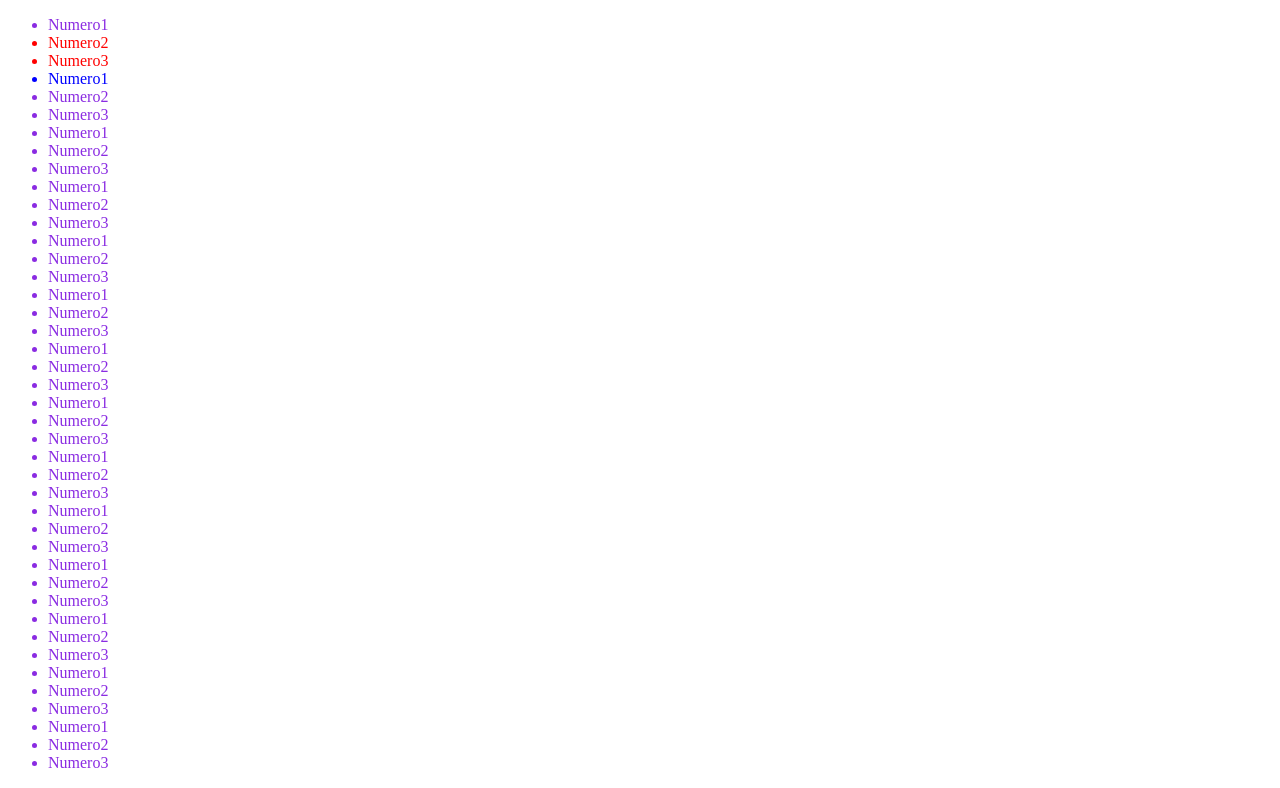
Repository: elbrodelche/ada-portfolio
Page: img/index.html
The author's editor kept a copy of each file at every save. The page is drawn from the files as they stood at one save, then again after the next save.
The browser window is 1280 px wide. The pictures show the whole page.

Above is the page before, as saved 2021-01-23 19:02:31.

After the next save:
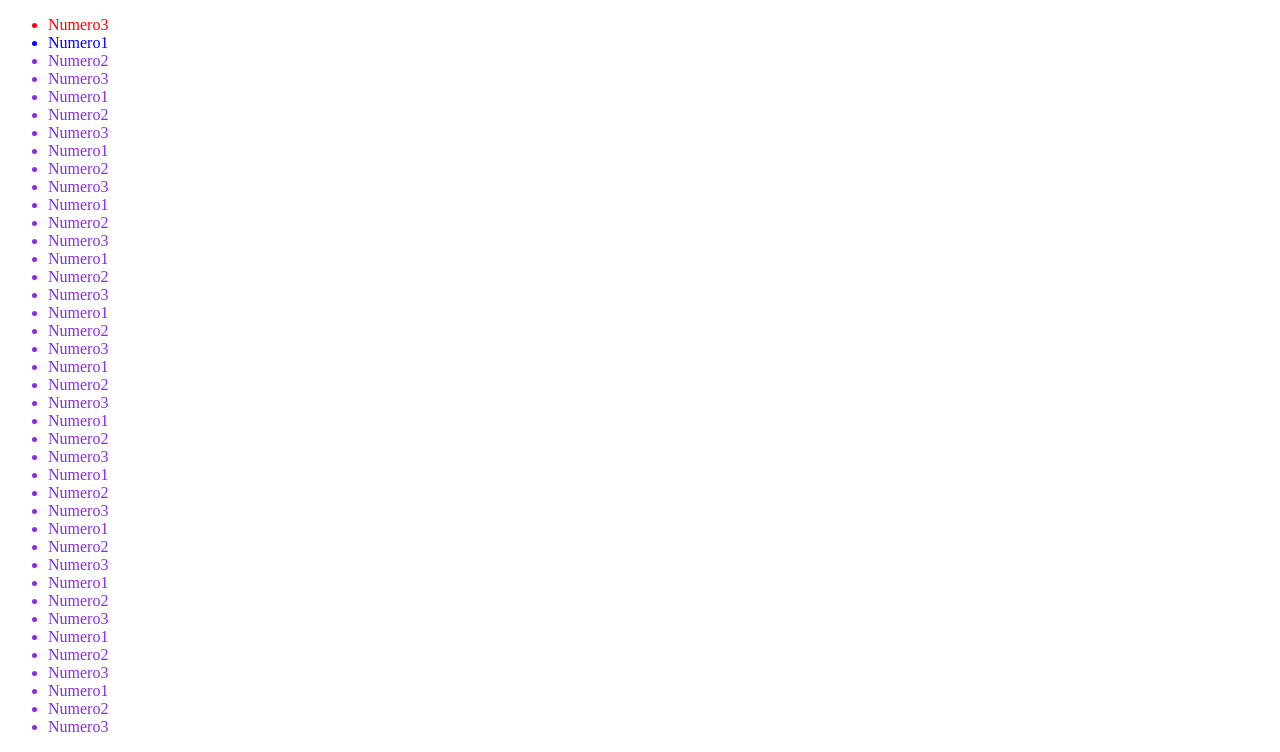
Saved 8 s later.
--- a/img/index.html
+++ b/img/index.html
@@ -23,8 +23,6 @@
 </head>
 <body>
     <ul>
-        <li class="violeta">Numero1</li>
-        <li class="rojizo rojo">Numero2</li>
         <li class="rojo">Numero3</li>
         <li class="azul">Numero1</li>
         <li class="violeta">Numero2</li>
